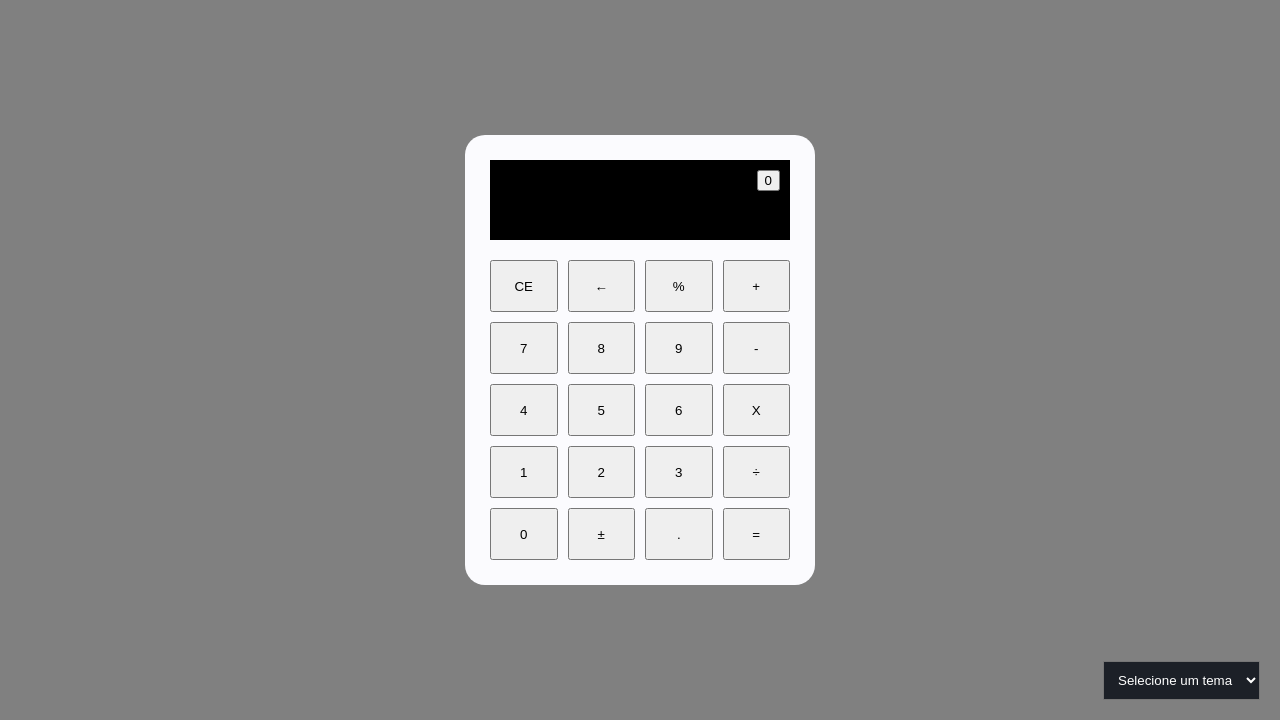
Repository: thislucasme/changing-theme-color-html-css-js
Page: index.html
An editor plug-in stored every save of this project. The page is shown before and after the next save, followed by the edit.
The browser window is 1280 px wide. The pictures show the whole page.

Above is the page before, as saved 2022-06-29 16:11:34.

### index.html
<!DOCTYPE html>
<html lang="pt_BR">

<head>
    <meta charset="UTF-8">
    <meta http-equiv="X-UA-Compatible" content="IE=edge">
    <meta name="viewport" content="width=device-width, initial-scale=1.0">
    <title>Atividade 22 - Calculadora Javascript</title>
    <link href="css/estilo.css" rel="stylesheet"/>
</head>

<body>
    <div class="calculadora">
        <div class="painel">
            <div class="operacao"></div>
            <div class="resultado"></div>
            <button id="resultado" name="resultado">0</button>
        </div>

        <div class="botoes">
            <button class="botao" id="apagar" onclick="limpar(0)">CE</button>
            <button class="botao" id="apagar" onclick="apagarUltimo()">&#8592;</button>
            <button class="botao" id="porcentagem" onclick="porcentagem()">%</button>
            <button class="botao" id="soma" onclick="verificarSinal('+')">+</button>
            <button class="botao" id="sete" onclick="pegarNumero(7)">7</button>
            <button class="botao" id="oito" onclick="pegarNumero(8)">8</button>
            <button class="botao" id="nove" onclick="pegarNumero(9)">9</button>
            <button class="botao" id="subtrair" onclick="verificarSinal('-')">-</button>
            <button class="botao" id="quatro" onclick="pegarNumero(4)">4</button>
            <button class="botao" id="cinco" onclick="pegarNumero(5)">5</button>
            <button class="botao" id="seis" onclick="pegarNumero(6)">6</button>
            <button class="botao" id="multiplicar" onclick="verificarSinal('x')">X</button>
            <button class="botao" id="um" onclick="pegarNumero(1)">1</button>
            <button class="botao" id="dois" onclick="pegarNumero(2)">2</button>
            <button class="botao" id="3" onclick="pegarNumero(3)">3</button>
            <button class="botao" id="dividir" onclick="verificarSinal('/')">&#247;</button>
            <button class="botao" id="0" onclick="pegarNumero(0)">0</button>
            <button class="botao" id="mais/menos" onclick="mudarSinal()">&#177;</button>
            <button class="botao" id="virgula" onclick="colocarPonto()">.</button>
            <button class="botao" id="igual" onclick="darResultado()">=</button>
        </div>
    </div>
    <select name="tema" id="tema" >
        <option value="t">Selecione um tema</option>
        <option value="tema-1">Tema 1</option>
        <option value="tema-2">Tema 2</option>
        <option value="tema-3">Tema 3</option>
        <option value="tema-4">Tema 4</option>
        <option value="tema-5">Tema 5</option>
    </select>
</body>

<script src="js/script.js" ></script>

</html>

### css/estilo.css
body {
    background-color: grey;
}

html {
    margin: 0;
    padding: 0;
    height: 100vh;
    display: flex;
    justify-content: center;
    align-items: center;
}

.theme-light {
    --color-primary: #0060df;
    --color-secondary: #fbfbfe;
    --color-accent: #fd6f53;
    --font-color: #000000;
    --display-color: #000000;
}

.theme-dark {
    --color-primary: #17ed90;
    --color-secondary: #243133;
    --color-accent: #12cdea;
    --font-color: #ffffff;
    --display-color: #000000;
}

.calculadora {
    width: 300px;
    height: 400px;
    background-color: var(--color-secondary);
    border-radius: 20px;
    padding: 25px;
    display: flex;
    flex-direction: column;

}




.painel {
    height: 80px;
    width: 100%;
    background-color: var(--display-color);
    margin-bottom: 20px;
    font-family: 'LCDMono2 Bold', monospace;
    color: rgba(0, 0, 0, 0.6);
    text-shadow: 4px 4px 3px rgb(0 0 0 / 30%);
    padding: 10px;
    box-sizing: border-box;
    text-align: right;
}

.painel .operacao {
    font-size: 1.5rem;
}

.painel .resultado {
    font-size: 2.5rem;
}

.botoes {
    display: grid;
    grid-template-columns: repeat(4, 1fr);
    grid-template-rows: repeat(5, 1fr);
    gap: 10px;
    flex: 1;
}

.botoes a {
    background-color: #666;
    text-decoration: none;
    color: black;
    text-align: center;
    font-size: 1.5em;
    display: flex;
    justify-content: center;
    align-items: center;
}

.btn-igual {
    grid-row-start: 4;
    grid-row-end: 6;
    grid-column-start: 4;

}

.btn-c {
    grid-column-start: 1;
    grid-column-end: 3;
}

.btn-0 {
    grid-column-start: 1;
    grid-column-end: 3;
}

#tema {
    background-color: rgb(28, 32, 39);
    color: white;
    padding: 10px;
    position: fixed;
    bottom: 20px;
    right: 20px;
}

#tema>option:hover {
    box-shadow: 0 0 10px 100px #a86218 inset;

}

.tema-1 {
    background-color: grey;
}

.tema-1 .botoes a {
    background-color: aquamarine;
    box-shadow: #666;
}

.tema-2 {
    background-color: red;
}

.tema-3 {
    background-color: azul;
}

.tema-4 {
    background-color: aquamarine;
}

@font-face {
    font-family: 'LCDMono2 Bold';
    font-style: normal;
    font-weight: normal;
    src: local('LCDMono2 Bold'), url('../fonts/LCDM2B__.woff') format('woff');
}

### js/script.js
const nmrTela = document.getElementById("resultado")
var valoresEspaco = '';
var valores = []
window.addEventListener("keydown", teclado);



function pegarNumero(numero) {
    if (nmrTela.innerHTML == "0") {
        nmrTela.innerHTML = numero
    }
    else {
        nmrTela.innerHTML += `${numero}`
    }
}

function verificarSinal(sinal) {
    if (valores.length <= 1) {
        valoresEspaco = nmrTela.innerHTML.split(' ')
        valores.push(parseFloat(nmrTela.innerHTML))
        nmrTela.innerHTML += ` ${sinal} `
        valores.push(sinal)
    }
}

function porcentagem() {
    var caracteres = nmrTela.innerHTML.split(' ')
    console.log(caracteres.length, caracteres)
    if (caracteres.length == 3) {
        var valorPorCento = parseFloat(caracteres[2]) / 100
        var caracteresValor2 = caracteres[2].split('')
        if (caracteresValor2.length != 0) {
            if (caracteresValor2[caracteresValor2.length - 1] != "%") {
                nmrTela.innerHTML += '%'
            }
            valores.push(valorPorCento)
        }
    }
}

function colocarPonto() {
    var caracteresDaConta = []
    var caracteresValor1 = []
    var caracteresValor2 = []
    caracteresDaConta.push(nmrTela.innerHTML.trim().split(' '))//separa entre valor 1, operação e valor2
    caracteresValor1.push(caracteresDaConta[0][0].split(''))//separa cada caractere do valor 1

    if (caracteresDaConta[0].length == 3) {
        caracteresValor2.push(caracteresDaConta[0][2].split(''))//se exister 3 posições, separa cada caractere do valor 2
        verificarSeExistePonto(caracteresValor2)
    }

    verificarSeExistePonto(caracteresValor1)

    function verificarSeExistePonto(caracteresValor) {
        for (let i in caracteresValor[0]) {
            if (caracteresValor[0][i] == '.') {
                var acumuladora = '.'
            }
        }

        if (!(acumuladora == '.')) {
            nmrTela.innerHTML += '.'
        }
    }
}

function mudarSinal() {
    const caracteresDaConta = nmrTela.innerHTML.trim().split(' ')
    let caracteresValor1 = caracteresDaConta[0].split('')
    let valor1 = ''
    let valor2 = ''

    if (caracteresDaConta.length == 3) {
        var caracteresValor2 = caracteresDaConta[2].split('')

        if (caracteresValor2[0] == '-') {
            caracteresValor2.shift()
            imprimirValor(caracteresValor2, valor2, caracteresDaConta)
        }
        else {
            caracteresValor2.unshift('-')
            imprimirValor(caracteresValor2, valor2, caracteresDaConta);
        }
    }

    if (valores.length == 0) {
        if (caracteresValor1[0] == "-") {
            caracteresValor1.shift()
            imprimirValor(caracteresValor1, valor1)
        }
        else {
            caracteresValor1.unshift('-')
            imprimirValor(caracteresValor1, valor1)
        }
    }

    function imprimirValor(caracteresValor, valorNumero, caracteresConta) {
        caracteresValor.forEach(valor => {
            valorNumero += valor;
        })
        if (caracteresConta != undefined) {
            nmrTela.innerHTML = `${caracteresConta[0]} ${caracteresConta[1]} ${valorNumero}`
        }
        else {
            nmrTela.innerHTML = valorNumero
        }
    }
}

function darResultado() {
    var resultado = 0
    var operacao = valores[1]
    if (operacao == '-') {
        tratarResultado('-')
    }
    else if (operacao == '+') {
        tratarResultado('+')
    }
    else if (operacao == 'x') {
        tratarResultado('*')
    }
    else if (operacao == '/') {
        tratarResultado('/')
    }
    valores.splice(0, 3)

    function tratarResultado(operacao) {
        valoresEspaco = nmrTela.innerHTML.split(' ')
        valores.push(valoresEspaco[2])
        switch (operacao) {
            case '-':
                resultado = parseFloat(valores[0]) - parseFloat(valores[2])
                limpar(resultado)
                break;
            case '+':
                resultado = parseFloat(valores[0]) + parseFloat(valores[2])
                limpar(resultado)
                break;
            case '*':
                resultado = parseFloat(valores[0]) * parseFloat(valores[2])
                limpar(resultado)
                break;
            case '/':
                resultado = parseFloat(valores[0]) / parseFloat(valores[2])
                limpar(resultado)
                break;
        }
    }
}

function limpar(valor) {
    valores.splice(0, 3)
    nmrTela.innerHTML = valor
}

function apagarUltimo() {
    var caracteres = nmrTela.innerHTML.trim().split('')
    var arrayCaracteresTela = ""
    caracteres.pop()
    for (let i in caracteres) { arrayCaracteresTela += caracteres[i] }
    if ((arrayCaracteresTela == []) || (arrayCaracteresTela == '-')) {
        nmrTela.innerHTML = 0
    }
    else {
        nmrTela.innerHTML = arrayCaracteresTela
    }

    if (caracteres.length == 0) {
        valores.pop()
        valores.pop()
    }
}

function teclado() {
    const numbers = '0123456789'
    const operadores = '+-/x'
    var tecla = event.key
    if (numbers.includes(tecla)) {
        pegarNumero(tecla)
    }
    else if (operadores.includes(tecla)) {
        verificarSinal(tecla)
    }
    else switch (tecla) {
        case '*':
            verificarSinal('x')
            break;
        case '%':
            porcentagem()
            break;
        case '.':
        case ',':
            colocarPonto();
            break;
        case '=':
        case 'Enter':
            darResultado();
            break;
        case 'Backspace':
            apagarUltimo()
            break;
        case 'Escape':
            limpar(0);
            break;
    }
}

const options = document.getElementById("tema");

options.addEventListener("change", function () {
    if (options.value) {
        if (options.value === "tema-1") {
            console.log("tema 1")
        }
        if (options.value === "tema-2") {
            document.getElementsByClassName("calculadora-dois").classList.remove("calculadora-dois");
            document.getElementsByClassName("calculadora-dois").classList.add("calculadora");
        }
        if (options.value === "tema-3") {
            console.log("tema 3")
        }
        if (options.value === "tema-4") {
            console.log("tema 4")
        }
    }
});
function setTheme(themeName) {
    // localStorage.setItem('theme', themeName);
    document.documentElement.className = themeName;
}
setTheme('theme-light');

After the next save:
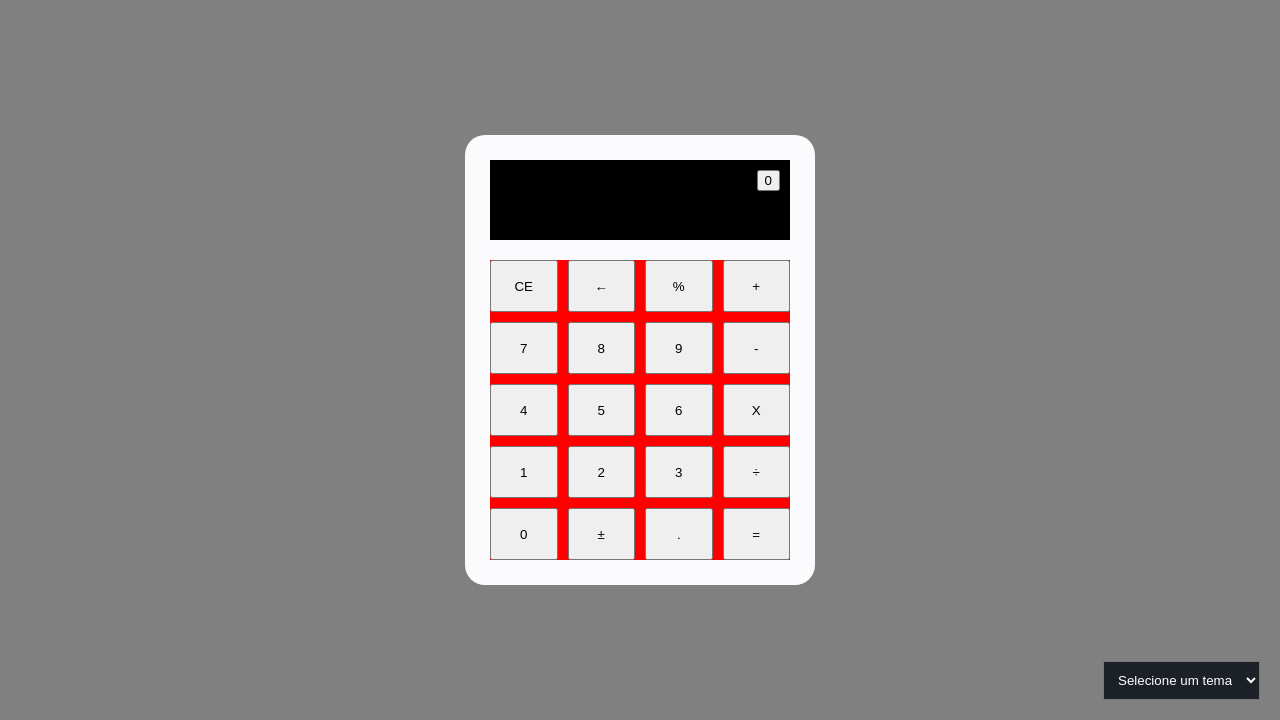
Saved 4 s later.
--- a/css/estilo.css
+++ b/css/estilo.css
@@ -63,6 +63,7 @@
 }
 
 .botoes {
+    background-color: red;
     display: grid;
     grid-template-columns: repeat(4, 1fr);
     grid-template-rows: repeat(5, 1fr);

After the save that followed:
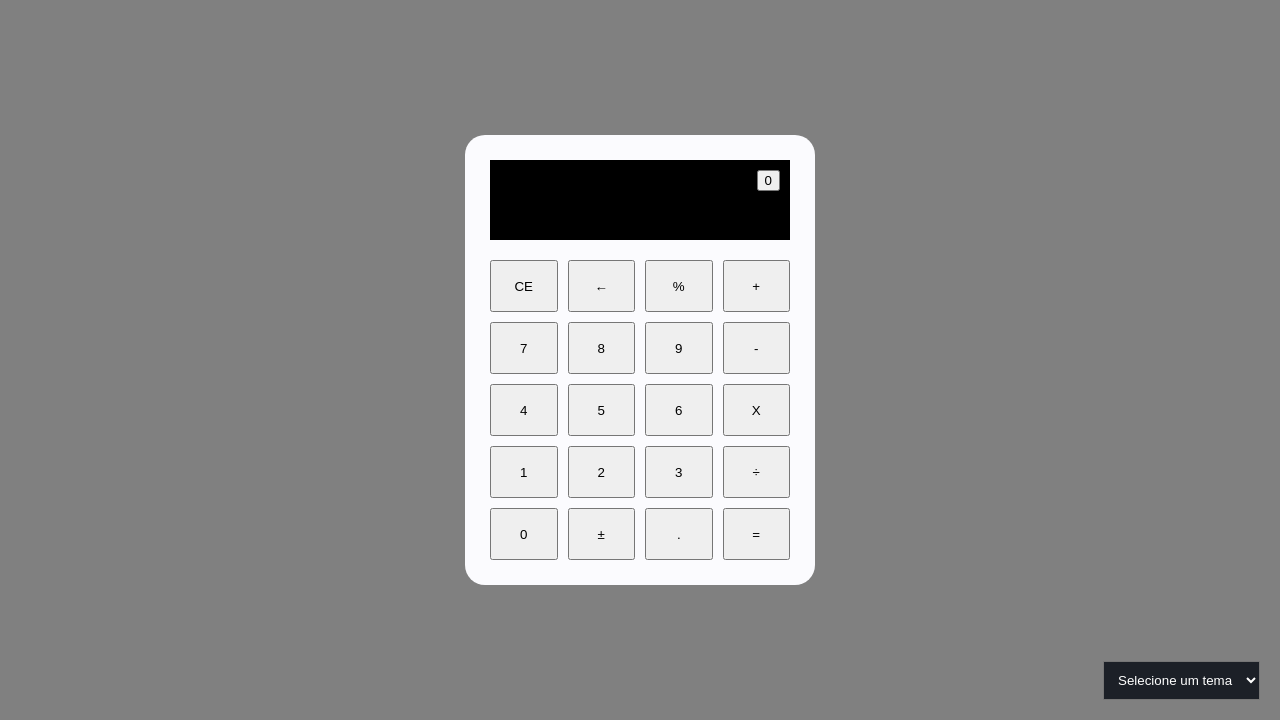
Saved 6 s later.
--- a/css/estilo.css
+++ b/css/estilo.css
@@ -63,7 +63,7 @@
 }
 
 .botoes {
-    background-color: red;
+
     display: grid;
     grid-template-columns: repeat(4, 1fr);
     grid-template-rows: repeat(5, 1fr);
